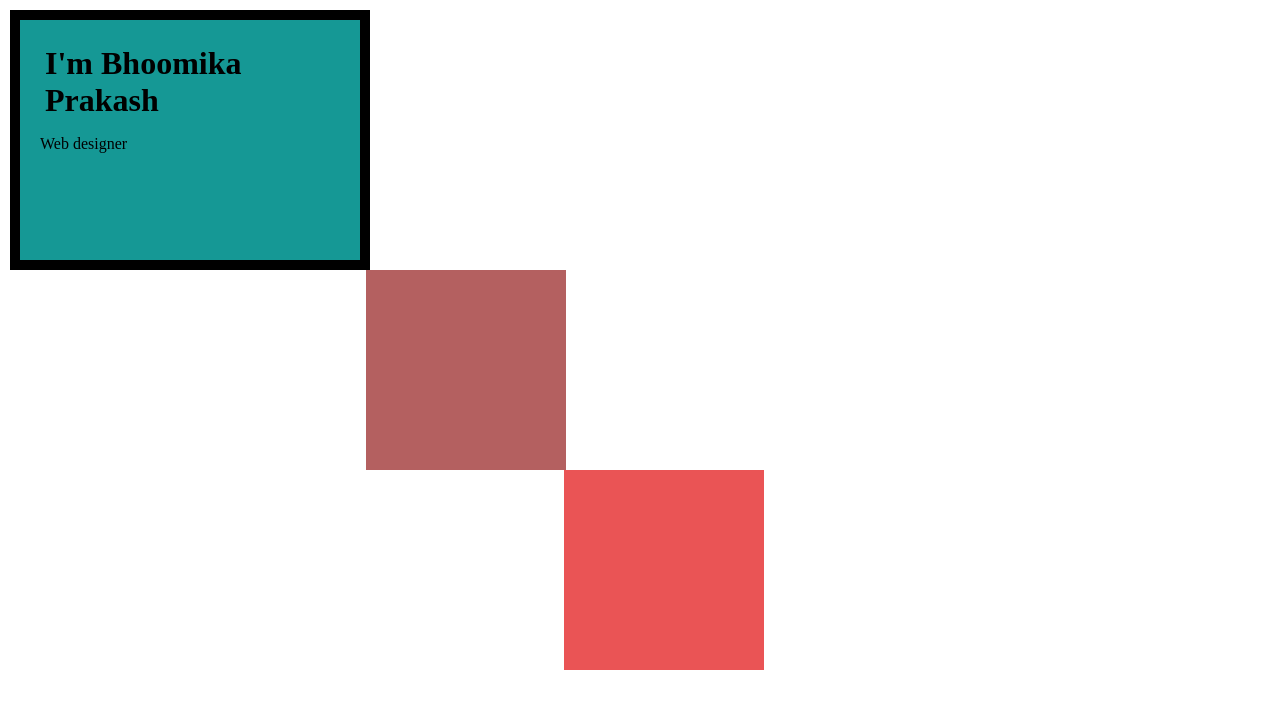
Repository: Bhoomika140420/css_mysite
Page: index.html
The author's editor kept a copy of each file at every save. The page is drawn from the files as they stood at one save, then again after the next save.
The browser window is 1280 px wide. The pictures show the whole page.

Above is the page before, as saved 2023-03-29 12:52:04.

After the next save:
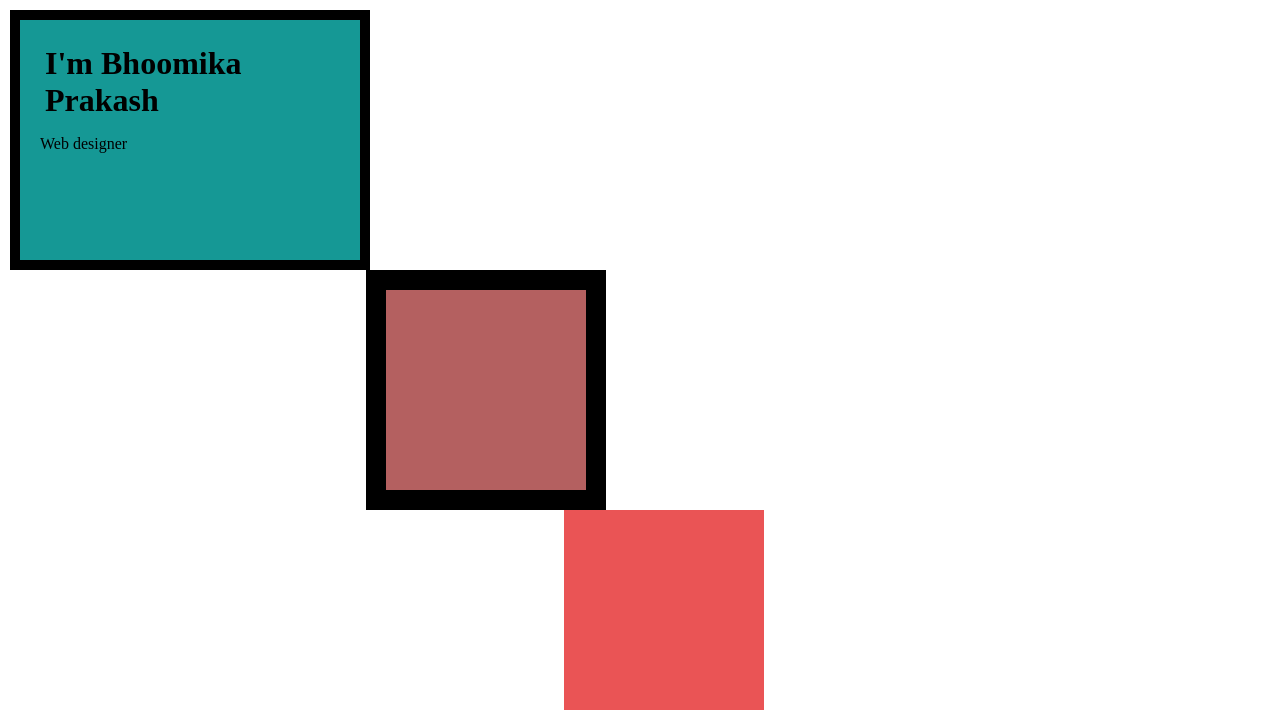
Saved 30 s later.
--- a/stylesheet.css
+++ b/stylesheet.css
@@ -8,7 +8,7 @@
 
 .middle-container{
     background-color:#B46060;
-    border:20px;
+    border:solid 20px;
     width:200px;
     height:200px;
     margin-left:356px;
